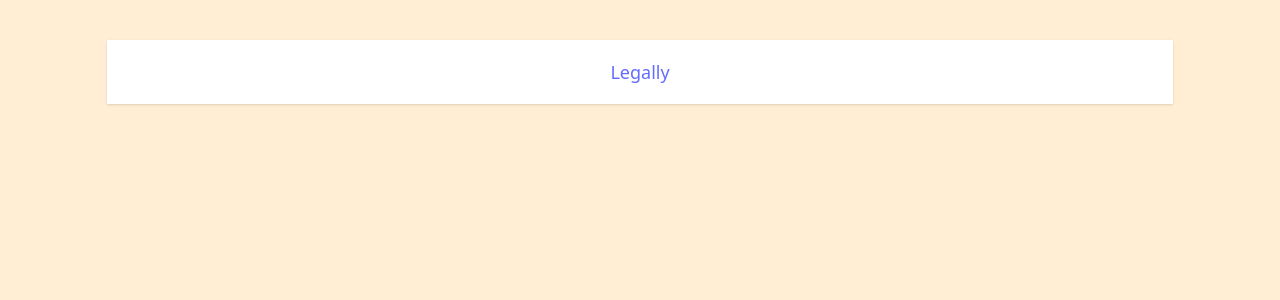
Repository: OdinPie/legal-search-acmeai
Page: / (app in legal-frontend/)
These files come from the project's save history. The page is drawn as it stood at one moment and after the next save; the edit follows.
The browser window is 1280 px wide. The pictures show the whole page.
The project was rebuilt for these pictures with package versions that can differ from the ones it lists, and the page was loaded fresh each time. Also part of the build but not shown: legal-frontend/vite.config.js, legal-frontend/src/components/SearchSection.jsx.

Above is the page before, as saved 2025-11-05 16:13:43.

### legal-frontend/index.html
<!doctype html>
<html lang="en">
  <head>
    <meta charset="UTF-8" />
    <link rel="icon" type="image/svg+xml" href="/vite.svg" />
    <meta name="viewport" content="width=device-width, initial-scale=1.0" />
    <title>legal-frontend</title>
  </head>
  <body>
    <div id="root"></div>
    <script type="module" src="/src/main.jsx"></script>
  </body>
</html>

### legal-frontend/src/App.jsx
import './App.css'
import Home from './pages/Home'

function App() {

  return (
    <>
      <Home></Home>
    </>
  )
}

export default App

### legal-frontend/src/App.css
@import "tailwindcss";

@plugin "daisyui";

### legal-frontend/src/pages/Home.jsx
import React from 'react';
import SearchSection from '../components/SearchSection';
import Navbar from '../components/Navbar';
const Home = () => {
    return (
        <div className='bg-orange-100 h-screen w-screen'>
            <Navbar></Navbar>
            {/* <SearchSection></SearchSection> */}
            {/* Your Legal Library, Simplified.
                Discover, explore, and understand legal documents with ease — anytime, anywhere. */}
        </div>
    );
};

export default Home;

### legal-frontend/src/components/Navbar.jsx
export default function Navbar() {

  return (
    <div className="flex justify-center sticky top-10 ">
        <div className="navbar bg-base-100 shadow-sm sticky z-10 w-10/12">
    <div className="flex justify-center w-full">
        <a className="btn btn-ghost text-lg">Legally</a>
    </div>
    </div>
    </div>
  );
}

Loaded but not shown: legal-frontend/src/main.jsx (common file); legal-frontend/src/index.css (common file)

After the next save:
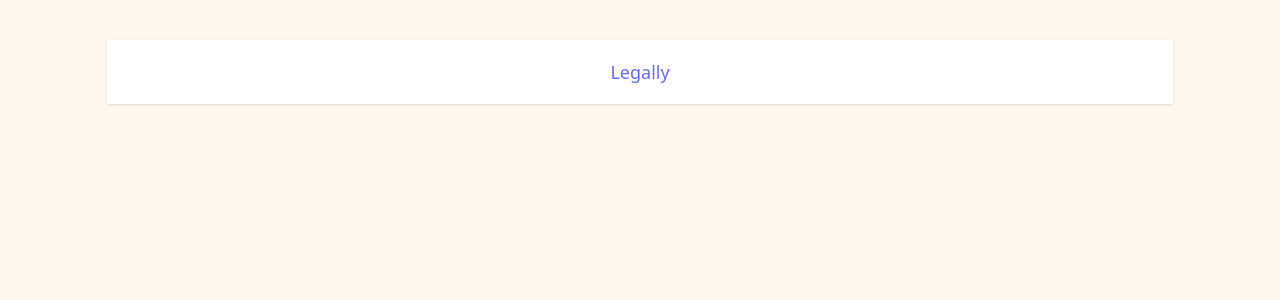
Saved 20 s later.
--- a/legal-frontend/src/pages/Home.jsx
+++ b/legal-frontend/src/pages/Home.jsx
@@ -3,7 +3,7 @@
 import Navbar from '../components/Navbar';
 const Home = () => {
     return (
-        <div className='bg-orange-100 h-screen w-screen'>
+        <div className='bg-orange-50 h-screen w-screen'>
             <Navbar></Navbar>
             {/* <SearchSection></SearchSection> */}
             {/* Your Legal Library, Simplified.
